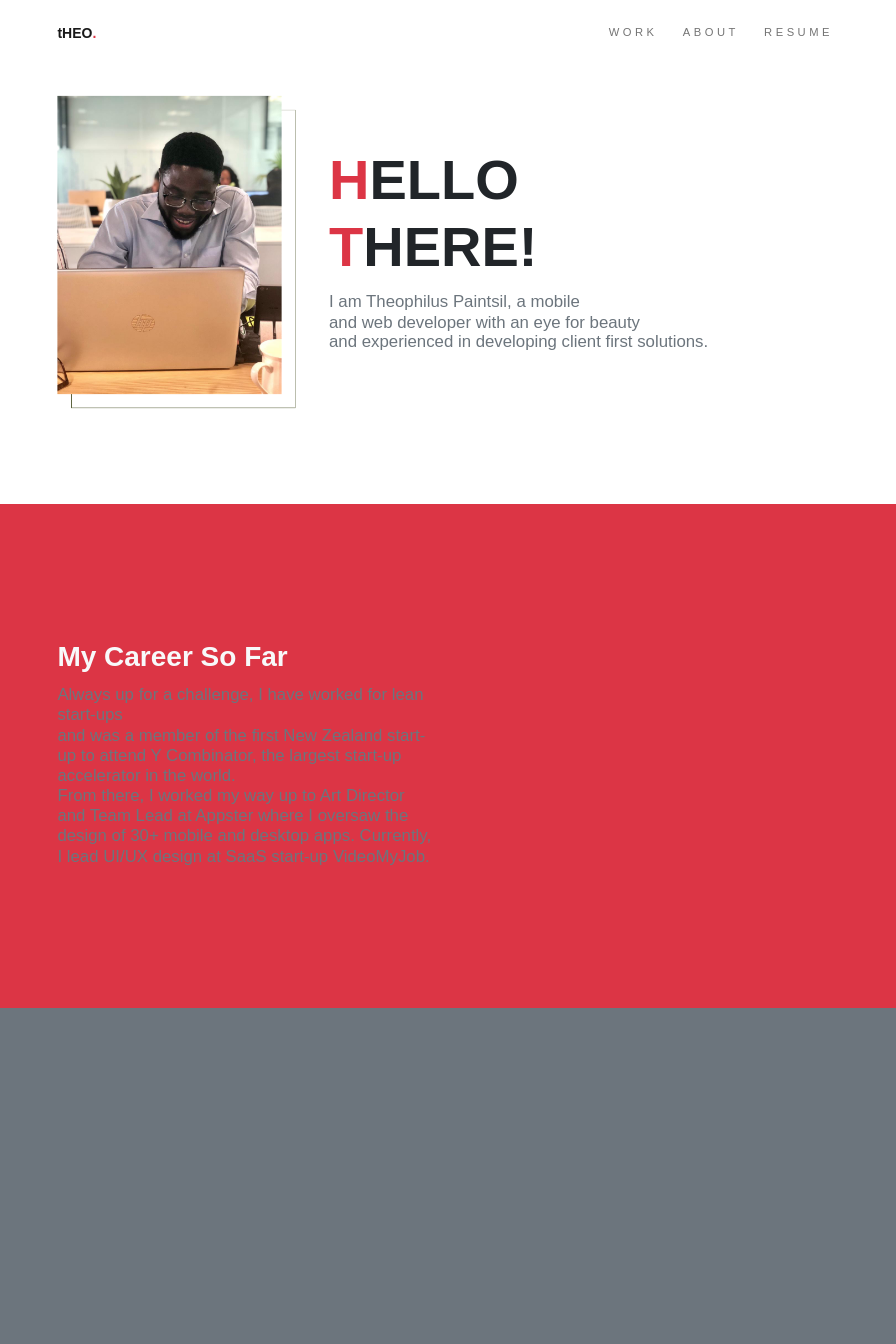
Repository: tHEO2k17/portfolio
Page: /
These files come from the project's save history. The page is drawn as it stood at one moment and after the next save; the edit follows.
The browser window is 1280 px wide. The pictures show the part of the page from y = 0 to 1920 px (the page is 3000 px tall), at 70% of full size.
The project was rebuilt for these pictures with package versions that can differ from the ones it lists, and the page was loaded fresh each time.

Above is the page before, as saved 2021-07-22 10:16:23.

### public/index.html
<!DOCTYPE html>
<html lang="en">
  <head>
    <meta charset="utf-8" />
    <link rel="icon" href="%PUBLIC_URL%/favicon.ico" />
    <meta name="viewport" content="width=device-width, initial-scale=1" />
    <meta name="theme-color" content="#000000" />
    <meta
      name="description"
      content="Web site created using create-react-app"
    />
    <link rel="apple-touch-icon" href="%PUBLIC_URL%/logo192.png" />
    <link rel="manifest" href="%PUBLIC_URL%/manifest.json" />
    <title>Theophilus Paintsil - Portfolio</title>
  </head>
  <body>
    <noscript>You need to enable JavaScript to run this app.</noscript>
    <div id="root"></div>
  </body>
</html>

### src/index.tsx
import React from 'react';
import ReactDOM from 'react-dom';
import './index.scss';
import App from './presentation/App';

ReactDOM.render(
  <React.StrictMode>
    <App />
  </React.StrictMode>,
  document.getElementById('root')
);

### src/index.scss
@import '~bootstrap/scss/bootstrap.scss';

body{
    font-family: Arial, Helvetica, sans-serif;
}
// Navbar
.navbar-light .navbar-nav{
    padding: 1.2rem 0rem;
}

.navbar-light .navbar-nav .nav-link {
   letter-spacing: 5px;
//    font-size: 14px;
}

.navbar-light .navbar-nav .nav-link:not(:last-child) {
    margin-right: 20px;
 }

### src/presentation/App.tsx
import React from 'react';
import { Switch, Route, BrowserRouter as Router, } from 'react-router-dom';
import HomePage from './pages/HomePage';

function App() {
  return (
    <Router>
      <Switch>
        <Route exact path="/" component={HomePage} />
      </Switch>
    </Router>
  );
}

export default App;

### src/presentation/pages/HomePage.tsx
import { Col, Container, Nav, Navbar, Row, Image } from "react-bootstrap";

export default function HomePage() {
    return (
        <>
            <Navbar expand="lg" fixed="top" variant="light">
                <Container>
                    <Navbar.Brand href="#home">
                        <span className="fw-bold">tHEO<b className="text-danger">.</b></span>
                    </Navbar.Brand>
                    <Navbar.Toggle />
                    <Navbar.Collapse>
                        <Nav className="ms-auto">
                            <Nav.Link href="#home">WORK</Nav.Link>
                            <Nav.Link href="#home">ABOUT</Nav.Link>
                            <Nav.Link href="#link">RESUME</Nav.Link>
                        </Nav>
                    </Navbar.Collapse>
                </Container>
            </Navbar>

            <header className="min-vh-100">
                <Container>
                    <Row className="align-items-center min-vh-100 my-auto gx-5">
                        <Col md="4"> <Image src="assets/images/theo.png" fluid /> </Col>
                        <Col>
                            <h1 className="display-1 fw-bold">
                                <b className="text-danger">H</b>ELLO <br />
                                <b className="text-danger">T</b>HERE!
                            </h1>
                            <h4 className="fw-light text-muted mt-3">
                                I am Theophilus Paintsil, a mobile <br />
                                and web developer with an eye for beauty <br />
                                and experienced in developing client first solutions.
                            </h4>
                        </Col>
                    </Row>
                </Container>
            </header>

            <section className="bg-danger min-vh-100">
                {/* skills and tools */}
                <Container>
                    <Row className="align-items-center min-vh-100 my-auto gx-5 text-light">
                        <Col>
                            <h1 className="fw-bold">My Career So Far</h1>
                            <h4 className="text-muted mt-3">
                                Always up for a challenge, I have worked for lean start-ups<br />
                                and was a member of the first New Zealand start-up to attend Y Combinator,
                                the largest start-up accelerator in the world. <br />
                                From there, I worked my way up to Art Director and Team Lead at Appster where
                                I oversaw the design of 30+ mobile and desktop apps. Currently,
                                I lead UI/UX design at SaaS start-up VideoMyJob.
                            </h4>
                        </Col>
                        <Col></Col>
                    </Row>
                </Container>
            </section>

            <section className="bg-secondary min-vh-100">
                {/* employment history */}
            </section>

            <section className="bg-light min-vh-100">
                {/* work gallery */}
            </section>

            <footer className="bg-dark text-white">
                <Container className="py-5">
                    <Row>
                        <Col>&copy; {new Date().getFullYear()} Theophilus Paintsil. All rights reserved </Col>
                    </Row>
                </Container>
            </footer>

        </>
    );
}

After the next save:
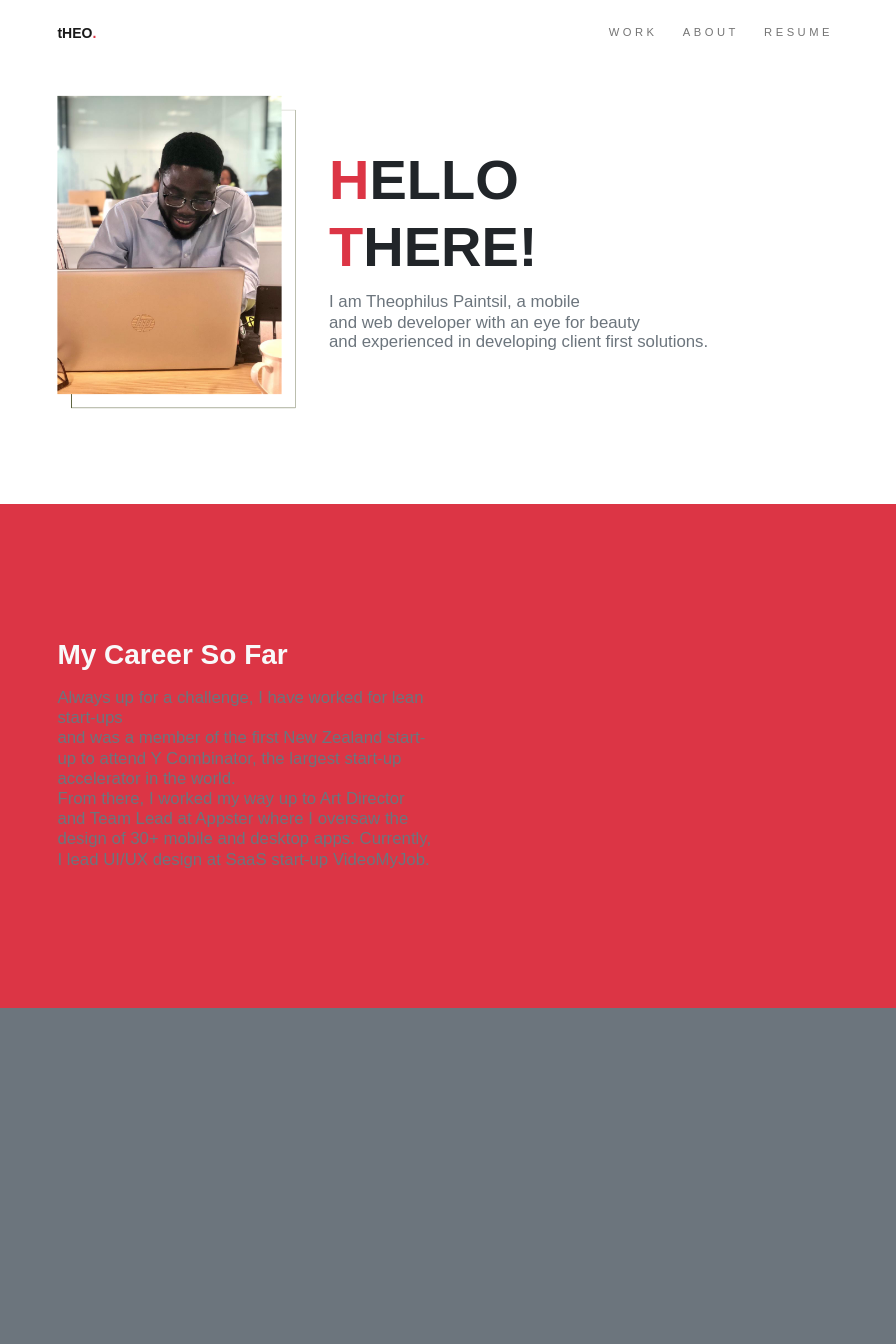
Saved 6 s later.
--- a/src/presentation/pages/HomePage.tsx
+++ b/src/presentation/pages/HomePage.tsx
@@ -44,7 +44,7 @@ export default function HomePage() {
                     <Row className="align-items-center min-vh-100 my-auto gx-5 text-light">
                         <Col>
                             <h1 className="fw-bold">My Career So Far</h1>
-                            <h4 className="text-muted mt-3">
+                            <h4 className="text-muted mt-4">
                                 Always up for a challenge, I have worked for lean start-ups<br />
                                 and was a member of the first New Zealand start-up to attend Y Combinator,
                                 the largest start-up accelerator in the world. <br />
